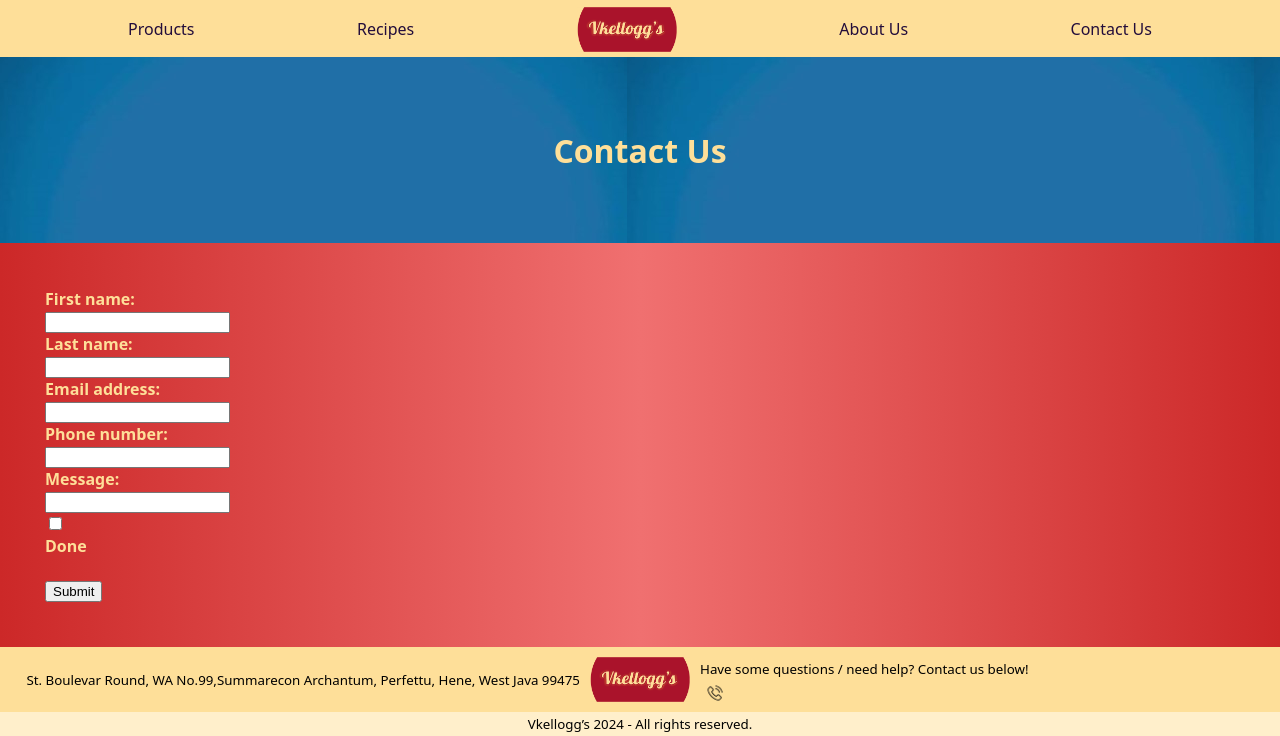
Repository: sugralld/VKelloggs
Page: Code and Assets/html/contactus.html
An editor plug-in stored every save of this project. The page is shown before and after the next save, followed by the edit.
The browser window is 1280 px wide. The pictures show the whole page.

Above is the page before, as saved 2024-12-03 20:53:15.

After the next save:
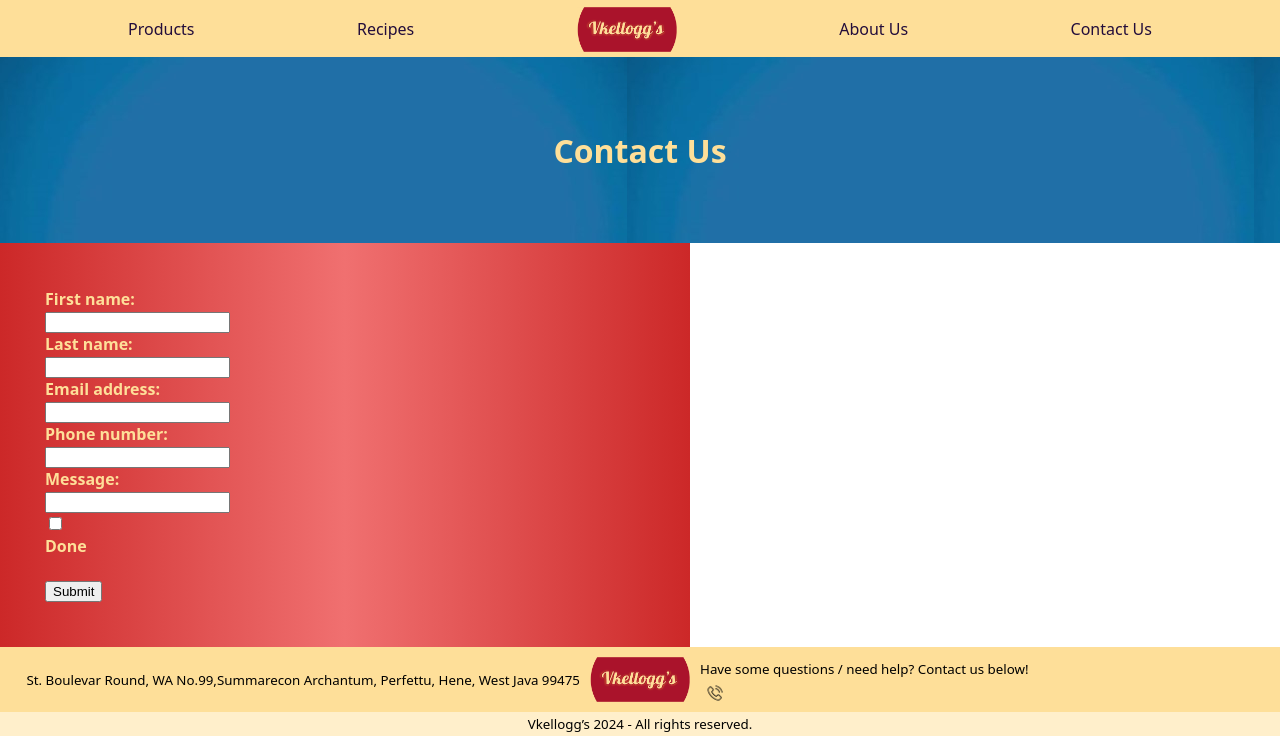
Saved 36 s later.
--- a/Code and Assets/css/contactus.css
+++ b/Code and Assets/css/contactus.css
@@ -11,6 +11,7 @@
     padding: 45px;
     font-weight: bold;
     color: #FEDF99;
+    max-width: 600px;
 }
 
 .form label{

After the save that followed:
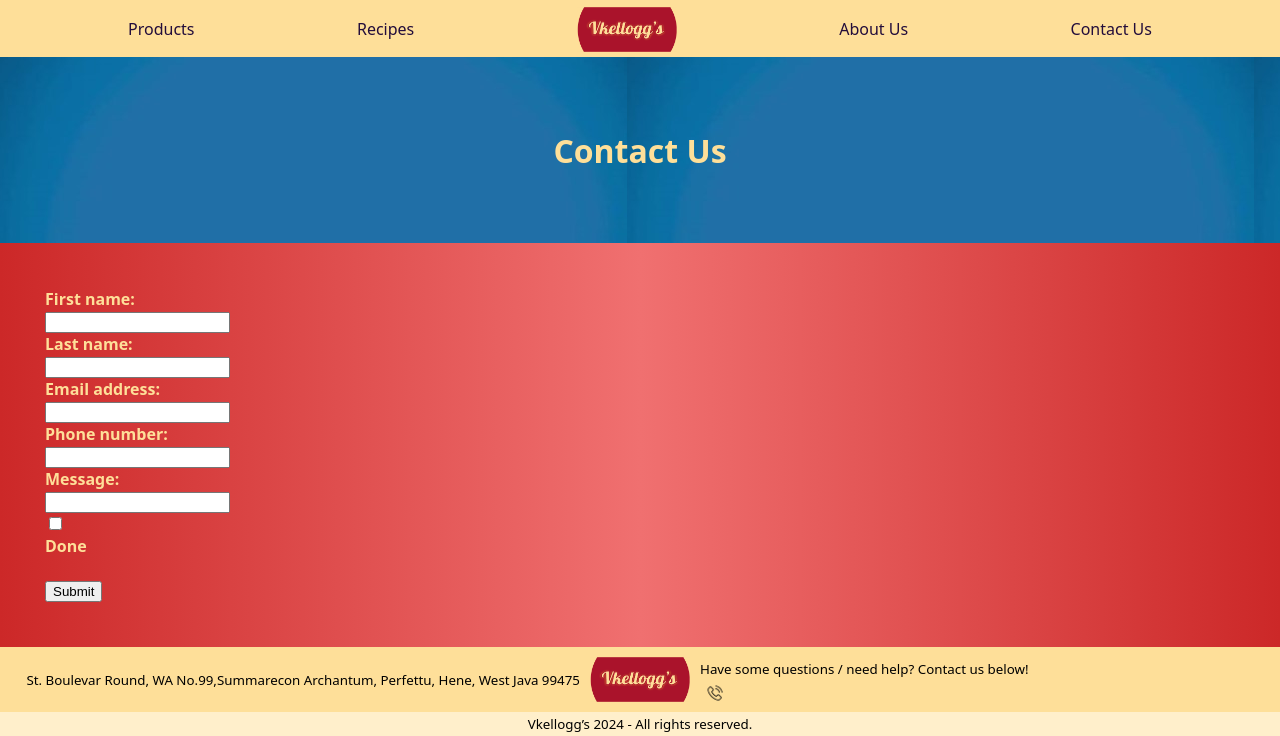
Saved 6 s later.
--- a/Code and Assets/css/contactus.css
+++ b/Code and Assets/css/contactus.css
@@ -11,7 +11,6 @@
     padding: 45px;
     font-weight: bold;
     color: #FEDF99;
-    max-width: 600px;
 }
 
 .form label{
